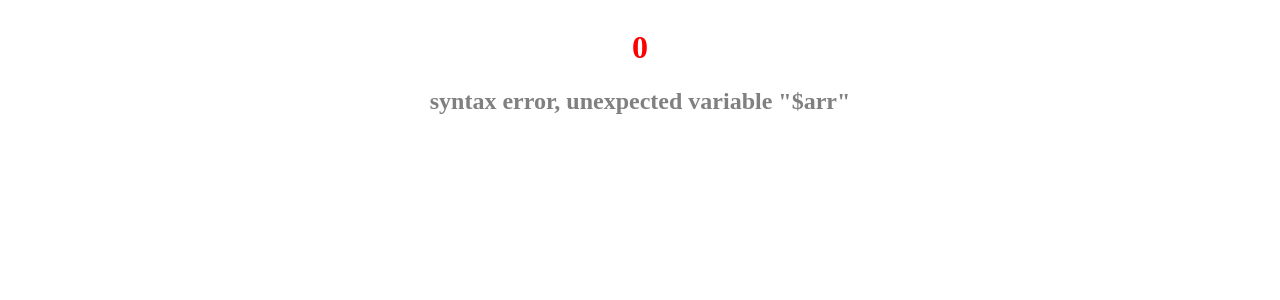
Repository: Aram5864/asdasdasdasdasdasas
Page: http://localhost/
An editor plug-in stored every save of this project. The page is shown before and after a run of saves, followed by the edit.
The browser window is 1280 px wide. The pictures show the whole page.
The page is run by PHP 8.4 with error messages shown; the project is at /var/www/html/. Other server files are loaded and not shown.

Above is the page before, as saved 2022-05-07 10:34:45.

### public/index.php
<?php
include_once '../configs/PathDirectory.php';
include_once _VENDOR . 'app.php';


try {
   App::run();
}
catch (Error $e) {
    include_once _VENDOR . 'Errors.php';
}



?>

### configs/PathDirectory.php
<?php

define("BASE_URL", dirname(__DIR__) . DIRECTORY_SEPARATOR);
define("_CONFIGS", BASE_URL . "configs" . DIRECTORY_SEPARATOR);
define("_CONTROLLERS", BASE_URL . "controllers" . DIRECTORY_SEPARATOR);
define("_MODELS", BASE_URL . "model" . DIRECTORY_SEPARATOR);
define("_PUBLIC", BASE_URL . "public" . DIRECTORY_SEPARATOR);
define("_CSS", _PUBLIC . "css" . DIRECTORY_SEPARATOR);
define("_FONT", _PUBLIC . "font" . DIRECTORY_SEPARATOR);
define("_IMAGES", _PUBLIC . "images" . DIRECTORY_SEPARATOR);
define("_JS", _PUBLIC . "js" . DIRECTORY_SEPARATOR);
define("_VENDOR", BASE_URL . "vendor" . DIRECTORY_SEPARATOR);
define("_VIEWS", BASE_URL . "views" . DIRECTORY_SEPARATOR);
define("_LAYOUTS", _VIEWS . "layouts" . DIRECTORY_SEPARATOR);
define("_PAGES", _VIEWS . "pages" . DIRECTORY_SEPARATOR);


// controllers

define("_DEFAULTCONTROLLER", 'home');
define("_DEFAULTMETHOD", 'index');

### controllers/HomeController.php
<?php

class HomeController {

    public function index()
    {
        $arrdata = ['name'=>'Aram','age'=>'27']
       $arr = ['data'=> 'name'];
        extract($params);

    }
}

After the next 2 saves:
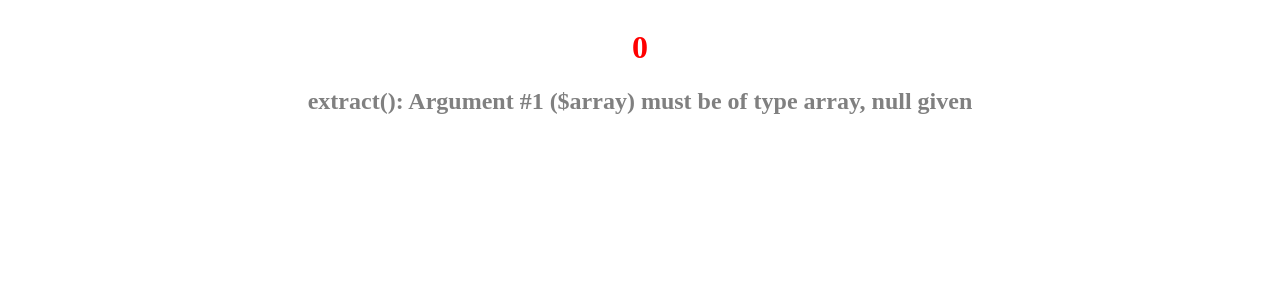
The 2 saves are shown as one change because they came seconds apart.
The last was saved 7 s later.
--- a/controllers/HomeController.php
+++ b/controllers/HomeController.php
@@ -4,8 +4,8 @@ class HomeController {
 
     public function index()
     {
-        $arrdata = ['name'=>'Aram','age'=>'27']
-       $arr = ['data'=> 'name'];
+        $arrdata = ['name'=>'Aram','age'=>'27'];
+        $arr = ['data'=> 'name'];
         extract($params);
 
     }
